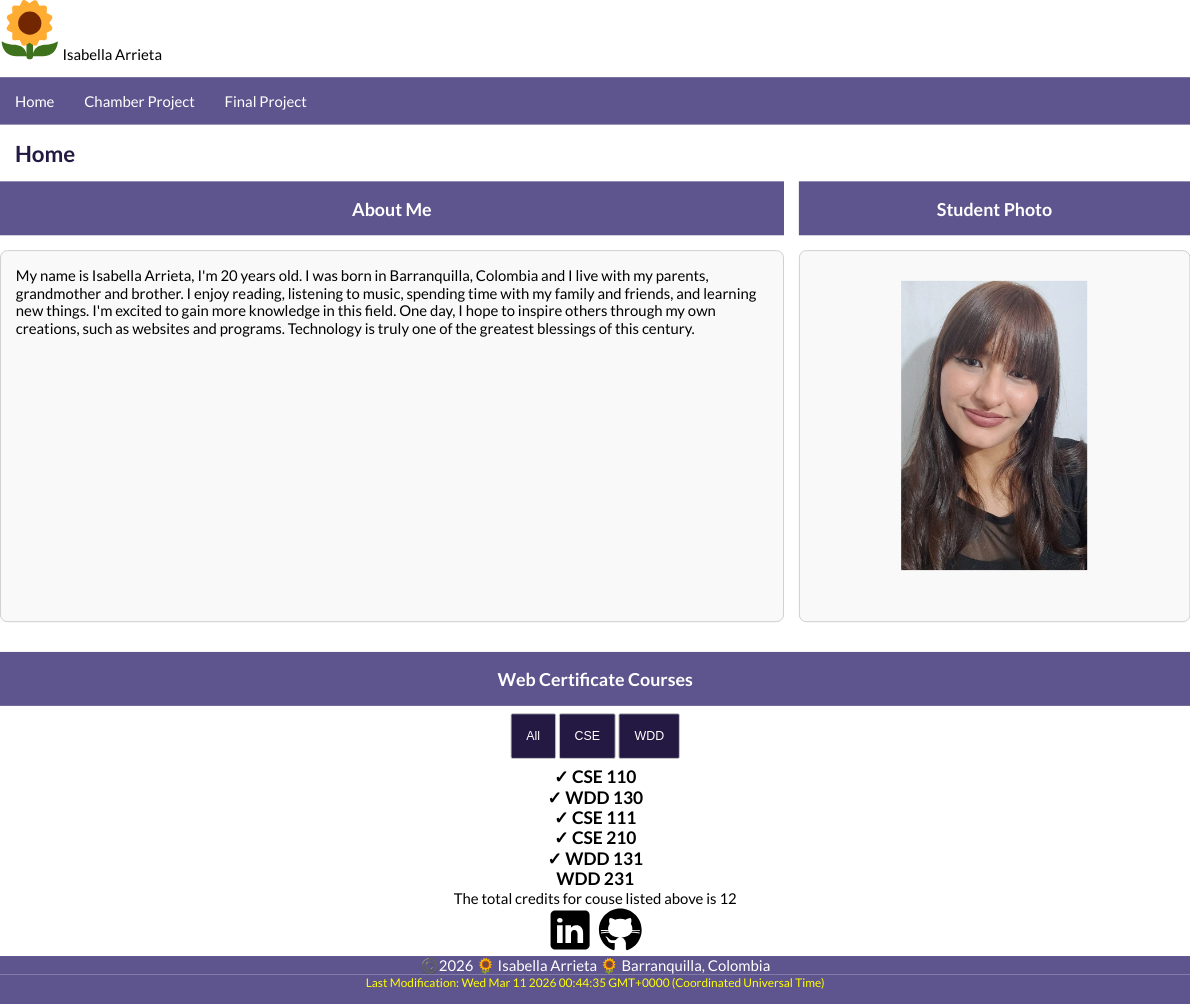
Repository: isaAJ05/wdd231
Page: index.html
These files come from the project's save history. The page is drawn as it stood at one moment and after the next save; the edit follows.
The browser window is 1280 px wide. The pictures show the whole page, at 93% of full size.
Some web fonts or font styles are not loaded; a fallback is used.

Above is the page before, as saved 2026-03-11 01:00:02.

### index.html
<!DOCTYPE html>
<html lang="en">
<head>
    <meta charset="UTF-8">
    <meta name="viewport" content="width=device-width, initial-scale=1.0">
    <title>WDD 231 – Web Frontend Development I – Isabella Arrieta</title>
    <meta name="description" content="WDD 231 – Web Frontend Development I Isabella Arrieta, This is a page about me">
    <meta name="author" content="Isabella Arrieta">
    <link rel="stylesheet" href="styles/normalize.css">
    <link rel="preconnect" href="https://fonts.googleapis.com">
    <link rel="preconnect" href="https://fonts.gstatic.com" crossorigin>
    <link href="https://fonts.googleapis.com/css2?family=Lato:ital,wght@0,100;0,300;0,400;0,700;0,900;1,100;1,300;1,400;1,700;1,900&family=Open+Sans:ital,wght@0,300..800;1,300..800&family=Play:wght@400;700&family=Raleway:ital,wght@0,100..900;1,100..900&display=swap" rel="stylesheet">
    <script src="scripts/getdates.js" defer></script>
    <script src="scripts/hamburguer.js" defer></script>
    <script src="scripts/courses.js" defer></script>
</head>
<body>
    <header>
        <div class="title">
            <img src="images/sunflower-svgrepo-com.svg" alt="Isabella Arrieta logo">
            <span>Isabella Arrieta</span>
        </div>
        <button id="menu" aria-label="Open menu"></button>
        <nav>
            <ul class="navigation">
			<li><a href="index.html">Home</a></li>
			<li><a href="#" class="chamber">Chamber Project</a></li>
			<li><a href="#" class="final">Final Project</a></li>
		</ul>
        </nav>
    </header>
    <main>
        <h1>Home</h1>
        <section>
         <div class="rectangle">
            <h2>About Me</h2>
            </div>
        <div class="card">
            <p>My name is Isabella Arrieta, I'm 20 years old. I was born in Barranquilla, Colombia and I live with my parents, grandmother and brother. I enjoy reading, listening to music, spending time with my family and friends, and learning new things. I'm excited to gain more knowledge in this field. One day, I hope to inspire others through my own creations, such as websites and programs. Technology is truly one of the greatest blessings of this century.</p>
        </div>
        </section>
        <section>
            <div class="rectangle">
                <h2>Student Photo</h2>
            </div>
            <div class="card">
                <img src="images/isa.jpg" alt="Isabella Arrieta picture">
            </div>
        </section>
        <section>
            <div class="rectangle">
                <h2>Web Certificate Courses</h2>
            </div>
            <div class="course-buttons">
                <button id="all">All</button>
                <button id="cse">CSE</button>
                <button id="wdd">WDD</button>
            </div>
            <div id="courses"></div>
            <p>The total credits for couse listed above is <span id="totalCredits"></span></p>

        </section>
    </main>
    <footer>
        <div class ="icons">
                <a href="https://www.linkedin.com/in/isabella-arrieta/" target="_blank"><img src="images/icons8-linkedin.svg" alt="LinkedIn icon"></a>
                <a href="https://github.com/isaaj05" target="_blank"><img src="images/icons8-github.svg" alt="GitHub icon"></a>
        </div>
        <p>
            ©️<span id="currentyear"></span> 🌻 Isabella Arrieta 🌻 Barranquilla, Colombia
        </p>
        <p class="last-modified">
            <span id="lastModified"></span>
        </p>
    </footer>

</body>
</html>

### styles/normalize.css
:root {
    --primary-color: #231942;
    --secondary-color: #5e548e;
    --font: "Lato", sans-serif;
}
* {
	margin: 0;
	padding: 0;
	box-sizing: border-box;
}
body{
	font-family: var(--font);
}
h1 {
	text-align: left;
	color: var(--primary-color);
	font-size: 1.5rem;
	margin-left: 1rem;
	position: left;
}

h2 {
	font-size: 1.2rem;
	color: #fff;
	text-align: center;
	margin: 1rem;
	}
header {
    position: relative;

}
nav {
	margin: 1rem auto;
}

/* small view navigation */
#menu {
	font-size: 1.5rem;
	border: 0;
	background: none;
	color: #000;
 	position: absolute;
  top: 1rem;
	right: 1rem;
}

#menu::before {
	content: "☰";
}

#menu.open::before {
	content: "✖️";
}

.navigation {
	display: flex;
	flex-direction: column;
	list-style: none;
	background-color: var(--secondary-color);
	color: #fff;
}

.navigation a {
	display: none;
	padding: 1rem;
	text-align: center;
	text-decoration: none;
	color: #fff;
}
.navigation a:hover {
	background-color: #bbb;
	color: #333;
	font-weight: 700;
}

/* when the button is clicked - the open class is toggled (added/removed) */
.open a {
	display: block;
}

.active::before {
	content: "📍";  /* just a wayfinding symbol for the user */
}

.card {
	border: 1px solid #ccc;
	border-radius: 8px;
	padding: 1rem;
	margin: 1rem auto;
	height: 400px;
	background-color: #f9f9f9;
}


.rectangle{
	padding: 0.1rem;
	background-color: var(--secondary-color);

}

.card img{
	width: 200px;
	height: auto;
	display: block;
	margin: 1rem auto;
}
#all, #cse , #wdd {
	background-color: var(--primary-color);
	color: #fff;
	cursor: pointer;
	border: 1px solid #ccc;
	border-radius: 2px;
	padding:  1rem;
	margin-top: 0.5rem;
	margin-bottom: 0.5rem;

}

#all:hover, #cse:hover , #wdd:hover {
	background-color: #ccc9dc;
    cursor: pointer;
	border: 1px solid gray;
	border-radius: 2px;
	color: #333;
	font-weight: 700;
}
#courses{

}
footer {
    color:  #fff;
    text-align: center;
}
footer p {
    background: var(--secondary-color);
}
.last-modified {
    font-size: 0.8rem;
    color: yellow;
	padding-bottom: 1rem;
}

/* large view navigation ************************************/
@media (min-width: 37.5em) {

	 main {
        display: grid;
        grid-template-columns: 2fr 1fr;
        gap: 1rem;

    }

    main h1 {
        grid-column: 1 / -1;
    }

	main section:last-of-type {
    grid-column: 1 / -1;
	text-align: center;
    }

	#menu {
		display: none; /* hide hamburger button */
	}

	.navigation {
		flex-direction: row;
	}

	.navigation a {
		display: block;
		flex: 1 1 100%;
	}

}

### scripts/getdates.js
const year = document.querySelector("#currentyear");
const today = new Date();
year.innerHTML = `<span class="highlight">${today.getFullYear()}</span>`;
const lastMod = document.querySelector("#lastModified");
let oLastModif = new Date(document.lastModified);
lastMod.innerHTML = `Last Modification: <span class="highlight">${oLastModif}</span>`;

### scripts/hamburguer.js
const hamButton = document.querySelector('#menu');
const navigation = document.querySelector('.navigation');
const title = document.querySelector('.title');

hamButton.addEventListener('click', () => {
	navigation.classList.toggle('open');
    hamButton.classList.toggle('open');
    title.classList.toggle('open');
});

### scripts/courses.js
// here we select the elements we need to interact with
const courseContainer = document.querySelector("#courses"); // container for the course cards
const totalCredits = document.querySelector("#totalCredits"); // element to display total credits
// buttons to filter courses
const allBtn = document.querySelector("#all");
const cseBtn = document.querySelector("#cse");
const wddBtn = document.querySelector("#wdd");
// array given by the university with all the courses in the web certificate program
const courses = [
    {
        subject: 'CSE',
        number: 110,
        title: 'Introduction to Programming',
        credits: 2,
        certificate: 'Web and Computer Programming',
        description: 'This course will introduce students to programming. It will introduce the building blocks of programming languages (variables, decisions, calculations, loops, array, and input/output) and use them to solve problems.',
        technology: [
            'Python'
        ],
        completed: true
    },
    {
        subject: 'WDD',
        number: 130,
        title: 'Web Fundamentals',
        credits: 2,
        certificate: 'Web and Computer Programming',
        description: 'This course introduces students to the World Wide Web and to careers in web site design and development. The course is hands on with students actually participating in simple web designs and programming. It is anticipated that students who complete this course will understand the fields of web design and development and will have a good idea if they want to pursue this degree as a major.',
        technology: [
            'HTML',
            'CSS'
        ],
        completed: true
    },
    {
        subject: 'CSE',
        number: 111,
        title: 'Programming with Functions',
        credits: 2,
        certificate: 'Web and Computer Programming',
        description: 'CSE 111 students become more organized, efficient, and powerful computer programmers by learning to research and call functions written by others; to write, call , debug, and test their own functions; and to handle errors within functions. CSE 111 students write programs with functions to solve problems in many disciplines, including business, physical science, human performance, and humanities.',
        technology: [
            'Python'
        ],
        completed: true
    },
    {
        subject: 'CSE',
        number: 210,
        title: 'Programming with Classes',
        credits: 2,
        certificate: 'Web and Computer Programming',
        description: 'This course will introduce the notion of classes and objects. It will present encapsulation at a conceptual level. It will also work with inheritance and polymorphism.',
        technology: [
            'C#'
        ],
        completed: true
    },
    {
        subject: 'WDD',
        number: 131,
        title: 'Dynamic Web Fundamentals',
        credits: 2,
        certificate: 'Web and Computer Programming',
        description: 'This course builds on prior experience in Web Fundamentals and programming. Students will learn to create dynamic websites that use JavaScript to respond to events, update content, and create responsive user experiences.',
        technology: [
            'HTML',
            'CSS',
            'JavaScript'
        ],
        completed: true
    },
    {
        subject: 'WDD',
        number: 231,
        title: 'Frontend Web Development I',
        credits: 2,
        certificate: 'Web and Computer Programming',
        description: 'This course builds on prior experience with Dynamic Web Fundamentals and programming. Students will focus on user experience, accessibility, compliance, performance optimization, and basic API usage.',
        technology: [
            'HTML',
            'CSS',
            'JavaScript'
        ],
        completed: false
    }
]
// function to display the courses on the page
function displayCourses(courseList) {
    courseContainer.innerHTML = ""; // clear the container before adding new courses

    courseList.forEach(course => {
        const card = document.createElement("div"); // create a card for each course
        card.classList.add("course-card");

        if (course.completed) {
            card.classList.add("completed");// add a class to indicate the course is completed
        }

        card.innerHTML = `
            <h3>${course.completed ? '✓' : ''} ${course.subject} ${course.number}</h3>
        `;

        courseContainer.appendChild(card); // add the card to the container
    });

    calculateCredits(courseList);
}
function calculateCredits(courseList) {
    const total = courseList.reduce((sum, course) => sum + course.credits, 0); // calculate the total credits by summing the credits of all courses in the list
    totalCredits.textContent = total;
}

allBtn.addEventListener("click", () => {
    displayCourses(courses);
});

cseBtn.addEventListener("click", () => {
    const cseCourses = courses.filter(course => course.subject === "CSE");
    displayCourses(cseCourses);
});

wddBtn.addEventListener("click", () => {
    const wddCourses = courses.filter(course => course.subject === "WDD");
    displayCourses(wddCourses);
});

displayCourses(courses);

After the next save:
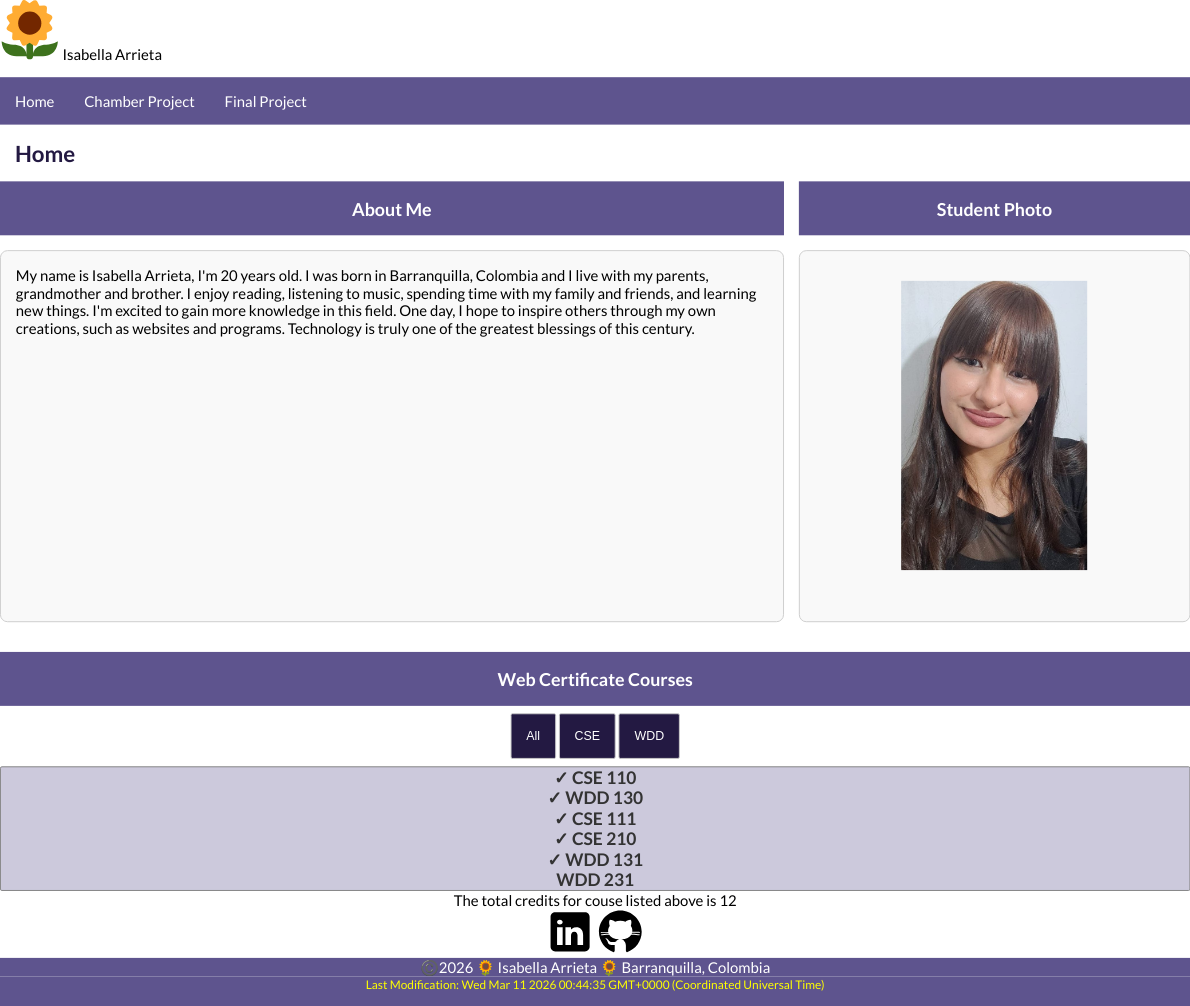
Saved 12 s later.
--- a/styles/normalize.css
+++ b/styles/normalize.css
@@ -125,7 +125,12 @@ nav {
 	font-weight: 700;
 }
 #courses{
-
+	background-color: #ccc9dc;
+    cursor: pointer;
+	border: 1px solid gray;
+	border-radius: 2px;
+	color: #333;
+	font-weight: 700;
 }
 footer {
     color:  #fff;
